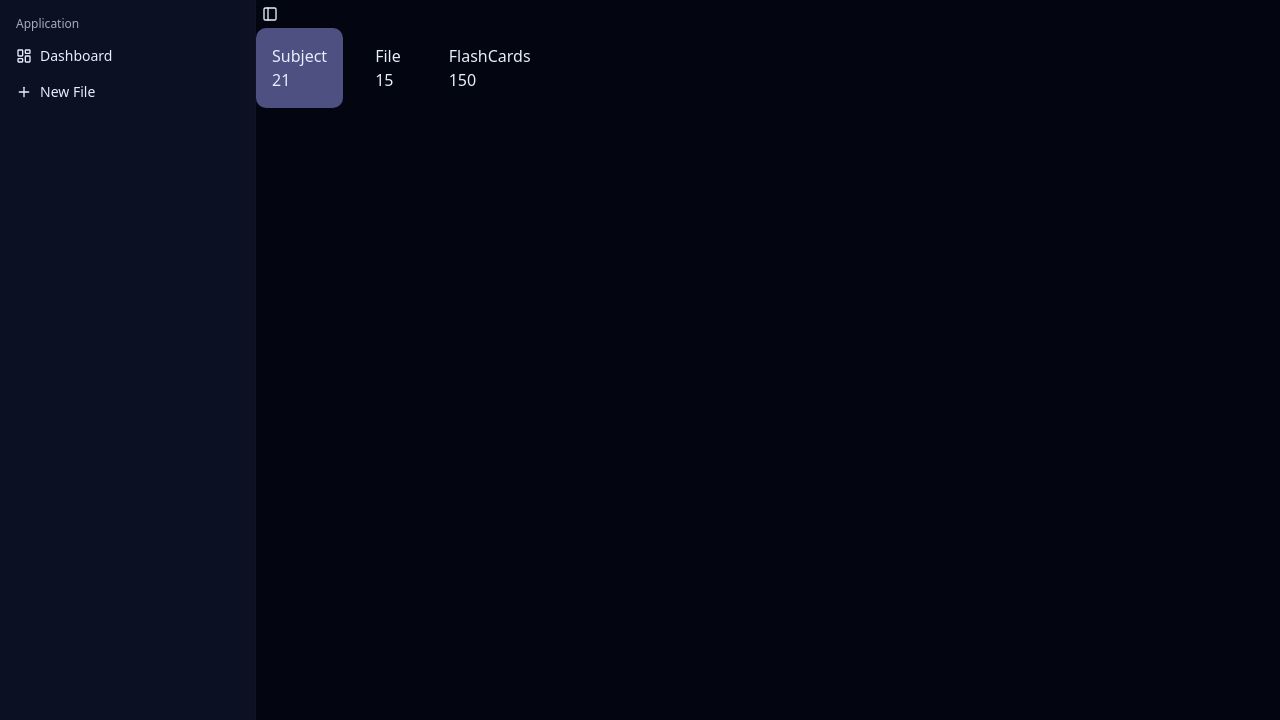
Repository: SywarDer/Student-Assistance
Page: /dashboard (app in student-assistant/)
An editor plug-in stored every save of this project. The page is shown before and after the next save, followed by the edit.
The browser window is 1280 px wide. The pictures show the whole page.
The project was rebuilt for these pictures with package versions that can differ from the ones it lists, and the page was loaded fresh each time. The framework's server and built-in components were replaced by stand-ins that run in the browser. Also part of the build but not shown: student-assistant/next.config.ts, student-assistant/components/ui/input.tsx, student-assistant/components/ui/separator.tsx, student-assistant/components/ui/skeleton.tsx. Imported but missing from the stored project, and not drawn on this page: student-assistant/components/ui/sheet.

Above is the page before, as saved 2025-10-30 19:51:58.

After the next save:
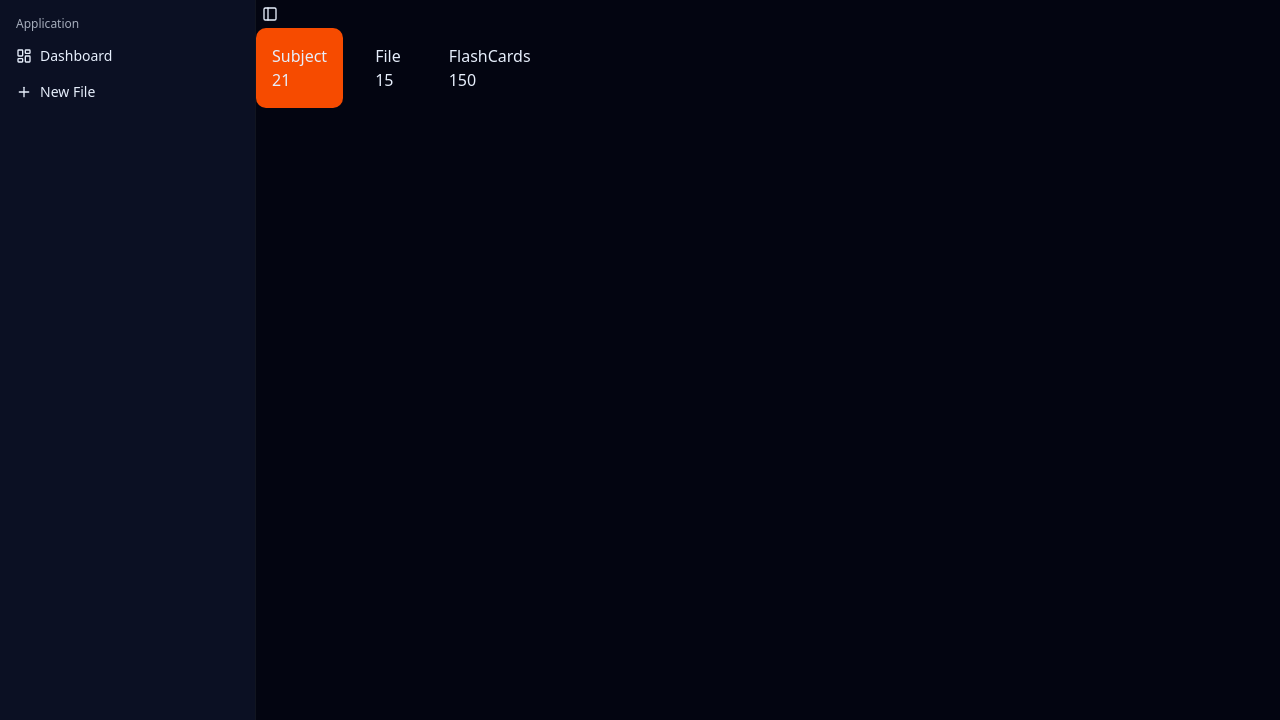
Saved 51 s later.
--- a/student-assistant/app/dashboard/page.tsx
+++ b/student-assistant/app/dashboard/page.tsx
@@ -3,7 +3,7 @@ export default function Dashboard(){
 
         <div className="flex space-x-4">
             <div className="rounded-lg p-4"  style={{
-        backgroundColor: "var(--secondary)",
+        backgroundColor: "var(--chart-1)",
         color: "var(--card-foreground)",
       }}>
                 <h1 className="">Subject</h1>
